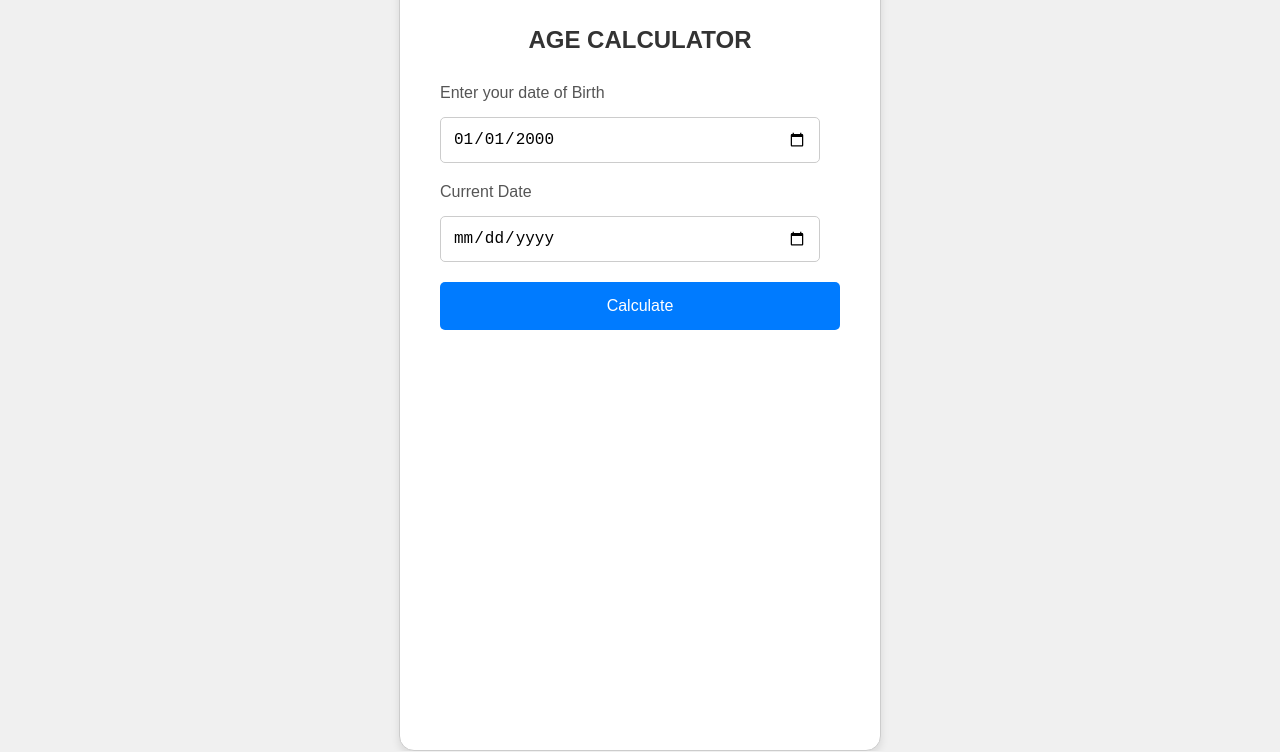
Repository: Femi007-gh/Calculator
Page: index.html
The author's editor kept a copy of each file at every save. The page is drawn from the files as they stood at one save, then again after a run of saves.
The browser window is 1280 px wide. The pictures show the whole page.

Above is the page before, as saved 2025-03-27 20:33:19.

After the next 3 saves:
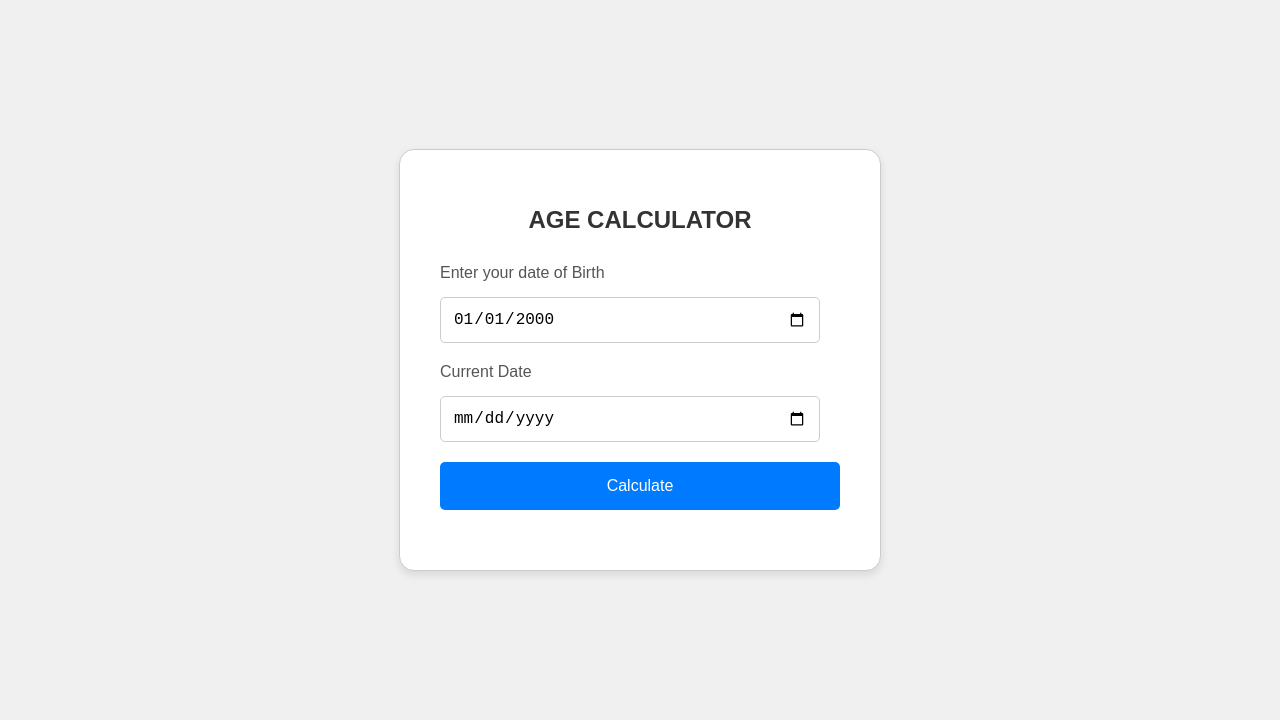
The 3 saves are shown as one change because they came seconds apart.
The last was saved 14 s later.
--- a/index.html
+++ b/index.html
@@ -18,7 +18,7 @@
         <input id="cdate" type="date" value="">
       </div>
       <button type="button" onclick="getDOB()">Calculate</button>
-      <div id="currentAge"></div>
+
     </div>
   </body>
 </html>

After the 5 saves that followed:
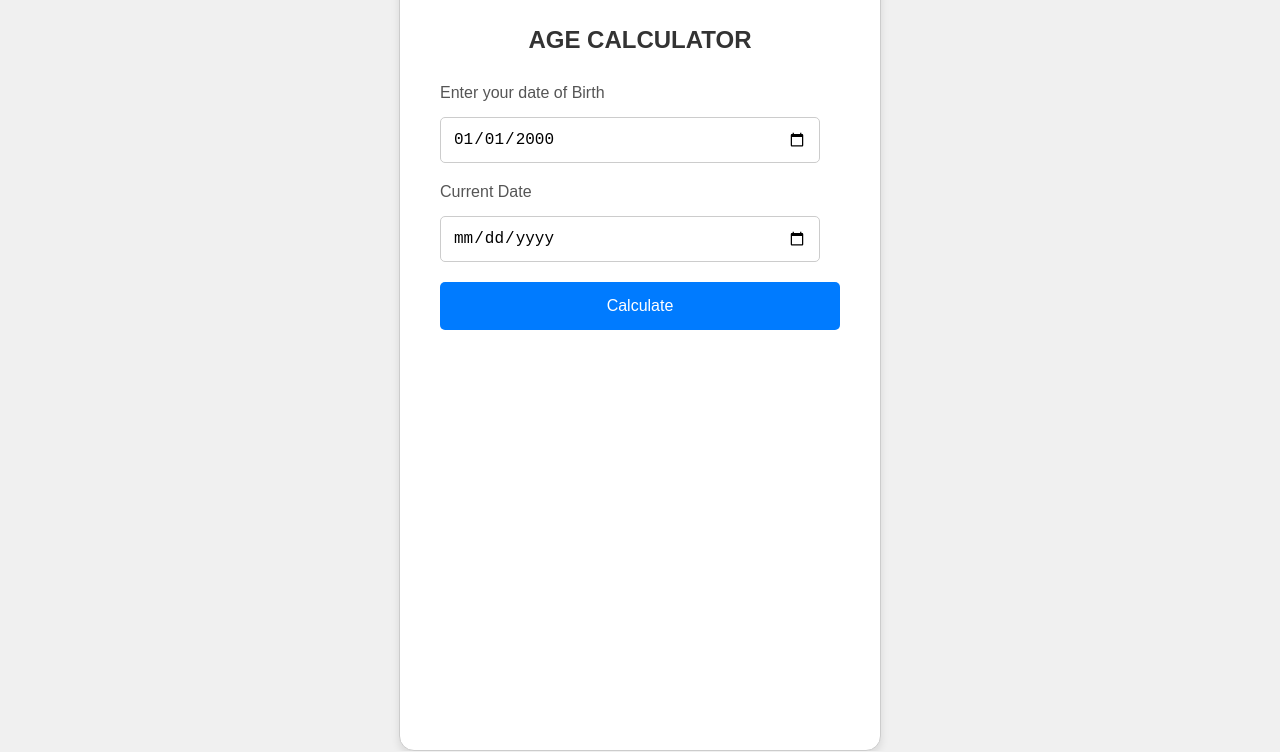
The 5 saves are shown as one change because 1 left the picture as it was and some came seconds apart.
The last was saved 24 s later.
--- a/index.html
+++ b/index.html
@@ -18,7 +18,7 @@
         <input id="cdate" type="date" value="">
       </div>
       <button type="button" onclick="getDOB()">Calculate</button>
-
+      <div id="currentAge"></div>
     </div>
   </body>
 </html>
